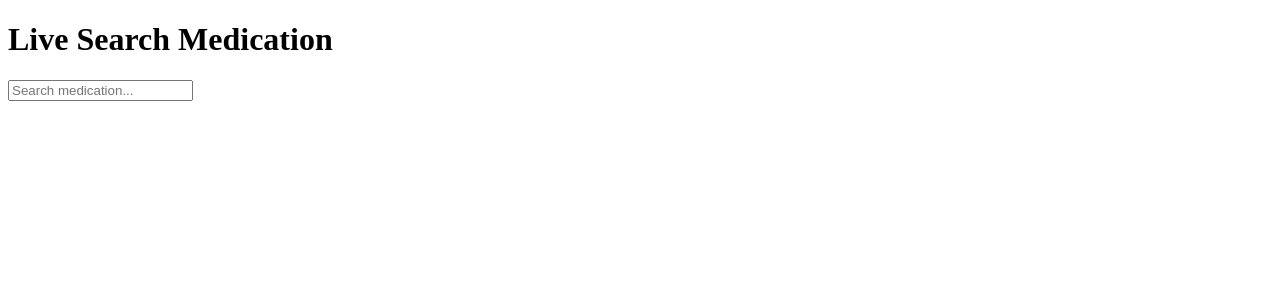
Repository: NGHIAVN1/healt-care1
Page: http://localhost/Doctors/liveSeach.php
The author's editor kept a copy of each file at every save. The page is drawn from the files as they stood at one save, then again after the next save.
The browser window is 1280 px wide. The pictures show the whole page.
The page is run by PHP 8.4 with error messages shown; the project is at /var/www/html/. Queries for data that is not in the repository find no rows.

Above is the page before, as saved 2023-12-06 20:55:18.

After the next save:
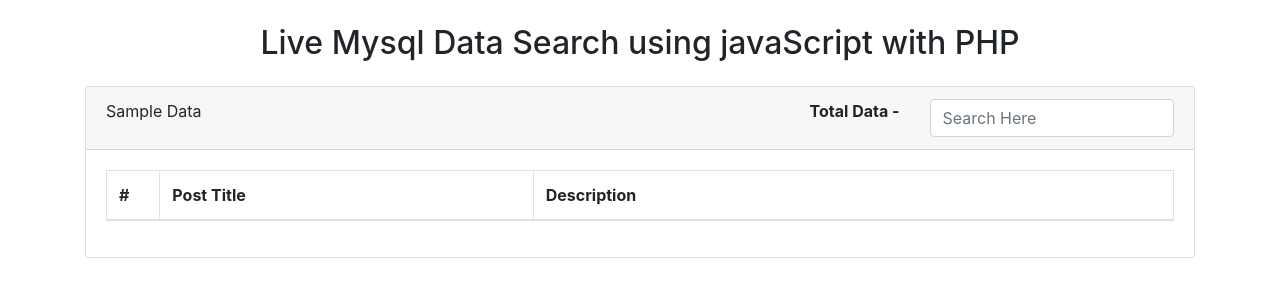
Console error (its wording comes from the project's code and is left out).
Saved 6 min 45 s later.
--- a/Doctors/liveSeach.php
+++ b/Doctors/liveSeach.php
@@ -1,32 +1,90 @@
 
-<!DOCTYPE html>
+<!DOCTYPE HTML>
 <html>
 <head>
-    <title>Live Search Medication</title>
-    <script src="https://code.jquery.com/jquery-3.6.0.min.js"></script>
-    <script>
-        $(document).ready(function(){
-            $('#search').keyup(function(){
-                var query = $(this).val();
-                if(query != ''){
-                    $.ajax({
-                        url: 'search.php',
-                        method: 'POST',
-                        data: {query: query},
-                        success: function(data){
-                            $('#result').html(data);
-                        }
-                    });
-                } else {
-                    $('#result').html('');
-                }
-            });
-        });
-    </script>
+	<meta charset="utf-8" />
+	<title>Live Mysql Data Search using javaScript with PHP</title>
+	<meta name="viewport" content="width=device-width, initial-scale=1" />
+    <link rel="stylesheet" href="https://maxcdn.bootstrapcdn.com/bootstrap/4.0.0/css/bootstrap.min.css" integrity="sha384-Gn5384xqQ1aoWXA+058RXPxPg6fy4IWvTNh0E263XmFcJlSAwiGgFAW/dAiS6JXm" crossorigin="anonymous">
 </head>
 <body>
-    <h1>Live Search Medication</h1>
-    <input type="text" id="search" name="name" placeholder="Search medication...">
-    <div id="result"></div>
+    <div class="container">
+    	<h2 class="text-center mt-4 mb-4">Live Mysql Data Search using javaScript with PHP</h2>
+
+    	<div class="card">
+    		<div class="card-header">
+    			<div class="row">
+    				<div class="col-md-6">Sample Data</div>
+    				<div class="col-md-3 text-right"><b>Total Data - <span id="total_data"></span></b></div>
+    				<div class="col-md-3">
+    					<input type="text" name="search" class="form-control" id="search" placeholder="Search Here" onkeyup="load_data(this.value);" />
+    				</div>
+    			</div>
+    		</div>
+    		<div class="card-body">
+    			<table class="table table-bordered">
+    				<thead>
+    					<tr>
+    						<th width="5%">#</th>
+    						<th width="35%">Post Title</th>
+    						<th width="60%">Description</th>
+    					</tr>
+    				</thead>
+    				<tbody id="post_data"></tbody>
+    			</table>
+    		</div>
+    	</div>
+
+    </div>
 </body>
 </html>
+
+<script>
+
+load_data();
+
+function load_data(query = '')
+{
+	var form_data = new FormData();
+
+	form_data.append('query', query);
+
+	var ajax_request = new XMLHttpRequest();
+
+	ajax_request.open('POST', 'searchMedicine.php');
+
+	ajax_request.send(form_data);
+
+	ajax_request.onreadystatechange = function()
+	{
+		if(ajax_request.readyState == 4 && ajax_request.status == 200)
+		{
+			var response = JSON.parse(ajax_request.responseText);
+
+			var html = '';
+
+			var serial_no = 1;
+			if(response.length > 0)
+			{
+				for(var count = 0; count < response.length; count++)
+				{
+					html += '<tr>';
+					html += '<td>'+serial_no+'</td>';
+					html += '<td>'+response[count].post_title+'</td>';
+					html += '<td>'+response[count].post_description+'</td>';
+					html += '</tr>';
+					serial_no++;
+				}
+			}
+			else
+			{
+				html += '<tr><td colspan="3" class="text-center">No Data Found</td></tr>';
+			}
+			document.getElementById('post_data').innerHTML = html;
+			document.getElementById('total_data').innerHTML = response.length;
+		}
+	}
+}
+
+
+</script>
